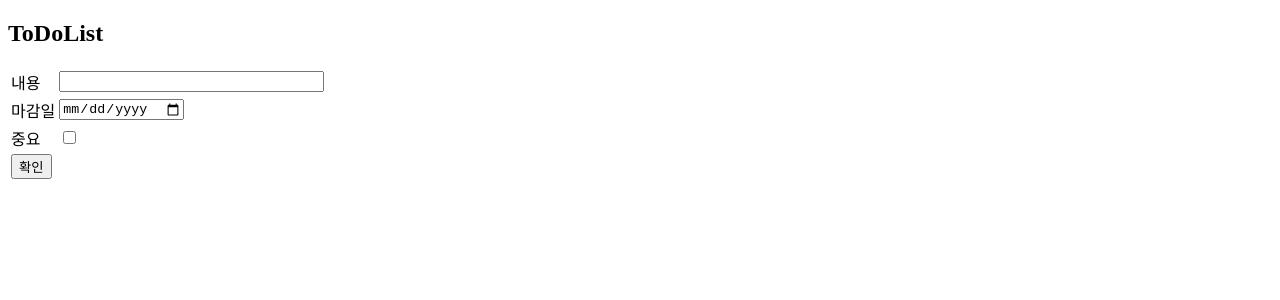
Repository: leesaereum/ToDoList
Page: http://localhost/ToDo/create.jsp
An editor plug-in stored every save of this project. The page is shown before and after the next save, followed by the edit.
The browser window is 1280 px wide. The pictures show the whole page.
The page is served by Tomcat 9. Other server files are loaded and not shown.

Above is the page before, as saved 2022-03-29 05:57:16.

### ToDo/src/main/webapp/create.jsp
<%@ page language="java" contentType="text/html; charset=UTF-8"
    pageEncoding="UTF-8"%>
<!DOCTYPE html>
<html>
<head>
<meta charset="UTF-8">
<title>ToDoList작성</title>
</head>
<body>

<h2>ToDoList</h2>
<table border="0">
	<form action="create_list.do" method="get">
		<tr>
			<td>내용</td>
			<td><input type="text" name="content" size="30"></td>
		</tr>
		<tr>
			<td>마감일</td>
			<td><input type="date" name="finishDate" ></td>
		</tr>
		<tr>
			<td>중요</td>
			<td><input type="checkbox" name="isImportant" value = "1" size="20"></td>
		</tr>

			<td colspan="2"><input type="submit" value="확인">
		</tr>




	</form>

</table>

</body>
</html>

After the next save:
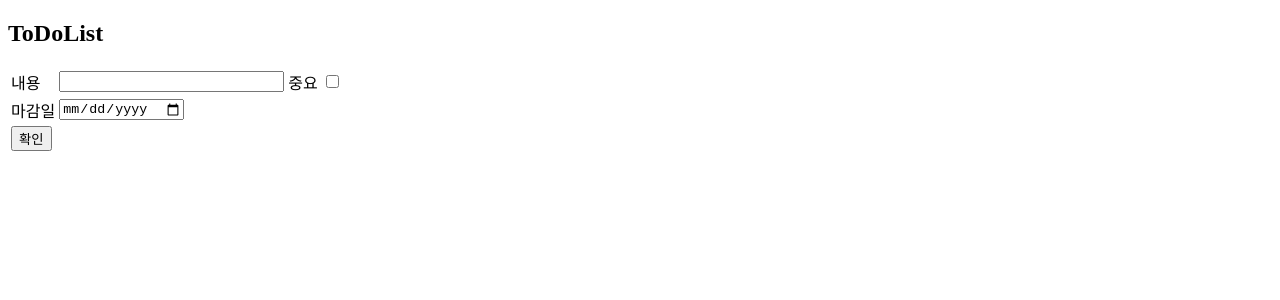
Saved 67 s later.
--- a/ToDo/src/main/webapp/create.jsp
+++ b/ToDo/src/main/webapp/create.jsp
@@ -13,15 +13,13 @@
 	<form action="create_list.do" method="get">
 		<tr>
 			<td>내용</td>
-			<td><input type="text" name="content" size="30"></td>
+			<td><input type="text" name="content" size="25"></td>
+			<td>중요</td>
+			<td><input type="checkbox" name="isImportant" value = "1" size="20"></td>
 		</tr>
 		<tr>
 			<td>마감일</td>
 			<td><input type="date" name="finishDate" ></td>
-		</tr>
-		<tr>
-			<td>중요</td>
-			<td><input type="checkbox" name="isImportant" value = "1" size="20"></td>
 		</tr>
 
 			<td colspan="2"><input type="submit" value="확인">
